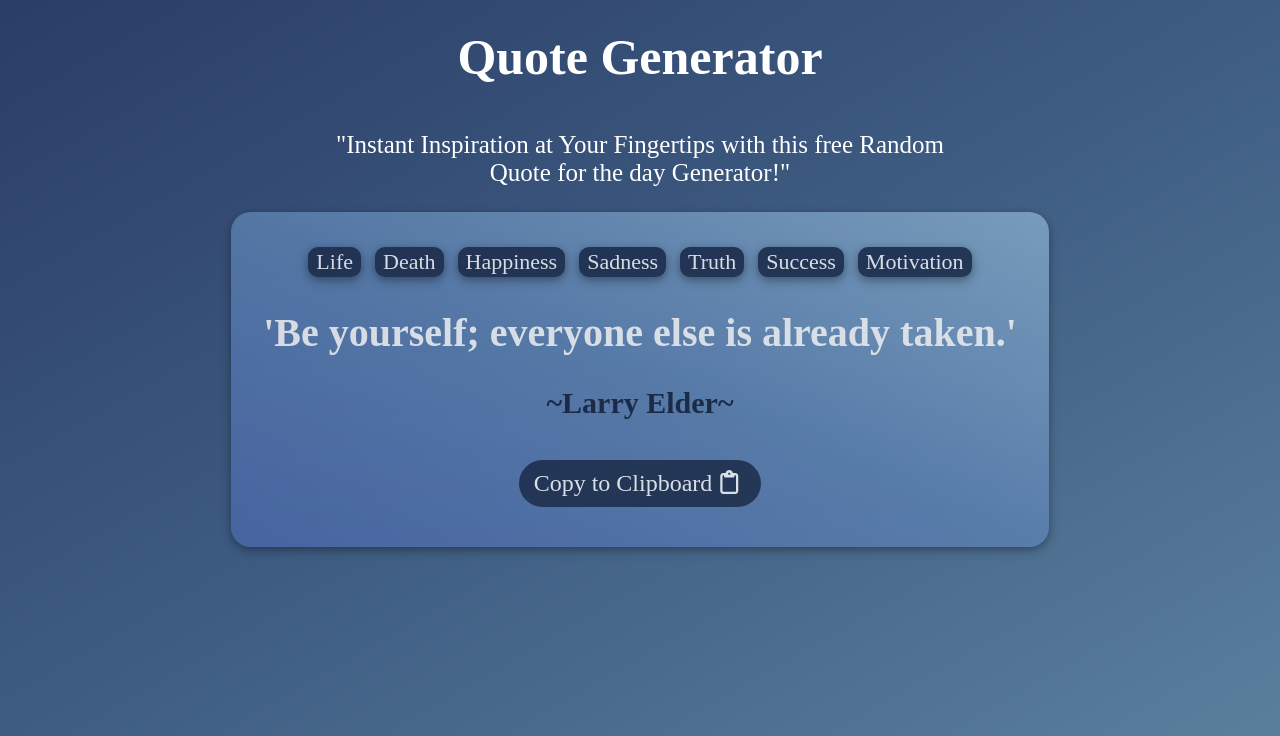
Repository: moehaymanmyint/Random-Quote-Generator
Page: index.html
These files come from the project's save history. The page is drawn as it stood at one moment and after a run of saves; the edit follows.
The browser window is 1280 px wide. The pictures show the whole page.
Some web fonts or font styles are not loaded; a fallback is used. Some web libraries are served in a nearby version.

Above is the page before, as saved 2024-11-08 21:23:49.

### index.html
<!DOCTYPE html>
<html lang="en">
<head>
    <meta charset="UTF-8">
    <meta name="viewport" content="width=device-width, initial-scale=1.0">
    <title>Quote Generator</title>
    <link rel="stylesheet" href="style.css">
    <link rel="icon" type="image/png" href="icon.png">
    <!-- Font Awesome Link -->
    <link rel="stylesheet" href="https://cdnjs.cloudflare.com/ajax/libs/font-awesome/6.6.0/css/all.min.css" integrity="sha512-Kc323vGBEqzTmouAECnVceyQqyqdsSiqLQISBL29aUW4U/M7pSPA/gEUZQqv1cwx4OnYxTxve5UMg5GT6L4JJg==" crossorigin="anonymous" referrerpolicy="no-referrer" />
</head>
<body>
    <div class="container">
        <h1 class="title">Quote Generator</h1>
        <p class="description">"Instant Inspiration at Your Fingertips with this free Random Quote for the day Generator!"</p>
        <div class="quote-box">
            <div class="category">
                <input type="button" value="Life">
                <input type="button" value="Death">
                <input type="button" value="Happiness">
                <input type="button" value="Sadness">
                <input type="button" value="Truth">
                <input type="button" value="Success">
                <input type="button" value="Motivation">
            </div>
            <div class="quotes">
                <h1 class="quote">'Be yourself; everyone else is already taken.'</h1>
                <p class="author">~Larry Elder~</p>
            </div>
            <div class="btn">
                <button class="copy-btn">Copy to Clipboard<i class="fa-regular fa-clipboard"></i></button>
            </div>
        </div>
    </div>
</body>
<script src="app.js"></script>
</html>

### style.css
@import url('https://fonts.googleapis.com/css2?family=Playwrite+GB+S:ital,wght@0,100..400;1,100..400&display=swap');

body{
    background: linear-gradient(to bottom right, #2a3d66, #3e5c82, #5a7f9d);
    color: white;
    height: 100vh;
}
.container{
    font-family: "Playwrite GB S", cursive;
    display: flex;
    flex-direction: column;
    align-items: center;
}
.title{
    font-size: 50px;
    margin: 20px;
}
.description{
    font-size: 25px;
    width: 50%;
    text-align: center;
}
.container .quote{
    text-align: center;
    font-size: 40px;
}

.container .author{
    font-size: 30px;
    color: #141f36;
    text-align: center;
    font-weight: bolder;
}

.quote-box{
    background: linear-gradient(to top right, #4967a8, #5c81b1, #86abc8);
    opacity: 0.8;
    padding: 30px;
    display: flex;
    flex-direction: column;
    align-items: center;
    border-radius: 20px;
    width: 60%;
    box-shadow: 0 4px 12px rgba(0, 0, 0, 0.3), 0 2px 6px rgba(0, 0, 0, 0.2);
}

.copy-btn{
    padding: 10px 15px;
    border: none;
    border-radius: 40px;
    background-color: #1d2c4b;
    color: white;
    margin: 10px;
    cursor: pointer;
    font-size: 24px;
    font-family: "Playwrite GB S", cursive;
    transition: 0.5s;
}

.copy-btn:hover{
    background-color: #27395c;
}

i{
    padding: 0 8px;
}

input{
    background-color: #1d2c4b;
    box-shadow: 0 4px 12px rgba(0, 0, 0, 0.3), 0 2px 6px rgba(0, 0, 0, 0.2);
    color: white;
    border: none;
    border-radius: 10px;
    padding: 2px 8px;
    font-size: 22px;
    margin: 5px;
    cursor: pointer;
    font-family: "Playwrite GB S", cursive;
    transition: 0.5s;
}

input:hover{
    opacity: 0.8;
}

### app.js
let quotes = {
    Life: [
        { quote: "Life is what happens when you're busy making other plans.", author: "John Lennon" },
        { quote: "Get busy living or get busy dying.", author: "Stephen King" },
        { quote: "You only live once, but if you do it right, once is enough.", author: "Mae West" },
        { quote: "Life is really simple, but we insist on making it complicated.", author: "Confucius" },
        { quote: "In the end, it’s not the years in your life that count. It’s the life in your years.", author: "Abraham Lincoln" },
    ],
    Death: [
        { quote: "Death is not the opposite of life, but a part of it.", author: "Haruki Murakami" },
        { quote: "To the well-organized mind, death is but the next great adventure.", author: "J.K. Rowling" },
        { quote: "The life of the dead is placed in the memory of the living.", author: "Marcus Tullius Cicero" },
        { quote: "Our dead are never dead to us, until we have forgotten them.", author: "George Eliot" },
        { quote: "Death may be the greatest of all human blessings.", author: "Socrates" },
    ],
    Happiness: [
        { quote: "Happiness is not something ready-made. It comes from your own actions.", author: "Dalai Lama" },
        { quote: "For every minute you are angry, you lose sixty seconds of happiness.", author: "Ralph Waldo Emerson" },
        { quote: "Happiness depends upon ourselves.", author: "Aristotle" },
        { quote: "Happiness is not by chance, but by choice.", author: "Jim Rohn" },
        { quote: "The purpose of our lives is to be happy.", author: "Dalai Lama" },
    ],
    Sadness: [
        { quote: "Tears come from the heart and not from the brain.", author: "Leonardo da Vinci" },
        { quote: "Sadness flies away on the wings of time.", author: "Jean de La Fontaine" },
        { quote: "The word 'happiness' would lose its meaning if it were not balanced by sadness.", author: "Carl Jung" },
        { quote: "Every human walks around with a certain kind of sadness.", author: "Henri Nouwen" },
        { quote: "Even a happy life cannot be without a measure of darkness.", author: "Carl Jung" },
    ],
    Truth: [
        { quote: "In a time of deceit, telling the truth is a revolutionary act.", author: "George Orwell" },
        { quote: "If you tell the truth, you don't have to remember anything.", author: "Mark Twain" },
        { quote: "Three things cannot be long hidden: the sun, the moon, and the truth.", author: "Buddha" },
        { quote: "The truth will set you free, but first it will make you miserable.", author: "James A. Garfield" },
        { quote: "Honesty is the first chapter in the book of wisdom.", author: "Thomas Jefferson" },
    ],
    Success: [
        { quote: "Success is not final, failure is not fatal: It is the courage to continue that counts.", author: "Winston Churchill" },
        { quote: "Success usually comes to those who are too busy to be looking for it.", author: "Henry David Thoreau" },
        { quote: "The way to get started is to quit talking and begin doing.", author: "Walt Disney" },
        { quote: "Don’t be afraid to give up the good to go for the great.", author: "John D. Rockefeller" },
        { quote: "Success is walking from failure to failure with no loss of enthusiasm.", author: "Winston Churchill" },
    ],
    Motivation: [
        { quote: "The only way to do great work is to love what you do.", author: "Steve Jobs" },
        { quote: "The future belongs to those who believe in the beauty of their dreams.", author: "Eleanor Roosevelt" },
        { quote: "Don’t watch the clock; do what it does. Keep going.", author: "Sam Levenson" },
        { quote: "Believe you can and you’re halfway there.", author: "Theodore Roosevelt" },
        { quote: "Start where you are. Use what you have. Do what you can.", author: "Arthur Ashe" },
    ]
};

let quote = document.querySelector(".quote");
let author = document.querySelector(".author");
let category = document.querySelectorAll(".category input");
let copyBtn = document.querySelector(".copy-btn");

category.forEach(input => {
    input.addEventListener("click", () => {
        let userCategory = input.value;
        let quoteArr = quotes[userCategory];
        let randomQuote = quoteArr[Math.floor(Math.random() * quoteArr.length)];
        console.log(randomQuote);

        quote.innerHTML = "'" + randomQuote.quote + "'";
        author.innerHTML = "~" + randomQuote.author + "~";
    })
});

function copyClipboard() {
    let quoteText = quote.innerHTML;
    navigator.clipboard.writeText(quoteText)
        .then(() => {
            alert("Quote copied to clipboard!");
        })
        .catch(err => {
            console.error("Failed to copy: ", err);
        });
}

copyBtn.addEventListener("click", copyClipboard);

After the next 2 saves:
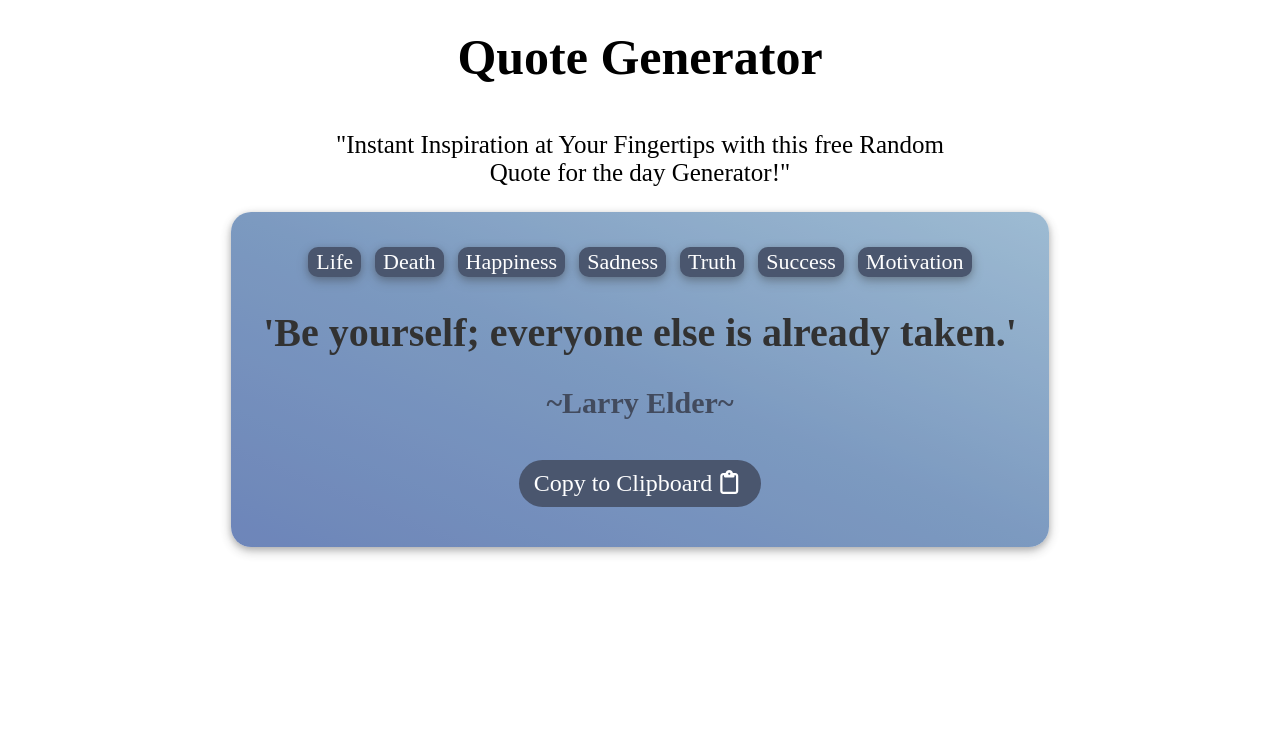
The 2 saves are shown as one change because they came seconds apart.
The last was saved 27 s later.
--- a/style.css
+++ b/style.css
@@ -1,8 +1,7 @@
 @import url('https://fonts.googleapis.com/css2?family=Playwrite+GB+S:ital,wght@0,100..400;1,100..400&display=swap');
 
 body{
-    background: linear-gradient(to bottom right, #2a3d66, #3e5c82, #5a7f9d);
-    color: white;
+    color: black;
     height: 100vh;
 }
 .container{

After the save that followed:
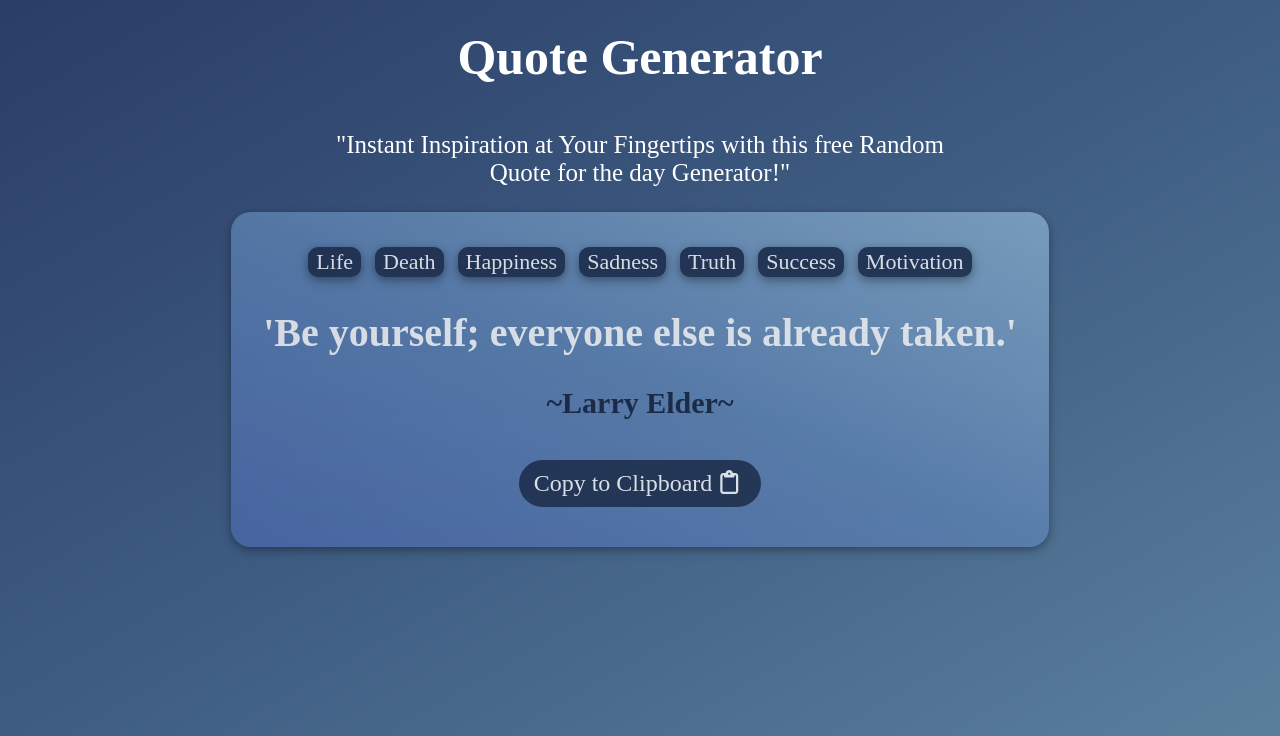
Saved 12 s later.
--- a/style.css
+++ b/style.css
@@ -1,7 +1,8 @@
 @import url('https://fonts.googleapis.com/css2?family=Playwrite+GB+S:ital,wght@0,100..400;1,100..400&display=swap');
 
 body{
-    color: black;
+    background: linear-gradient(to bottom right, #2a3d66, #3e5c82, #5a7f9d);
+    color: white;
     height: 100vh;
 }
 .container{
